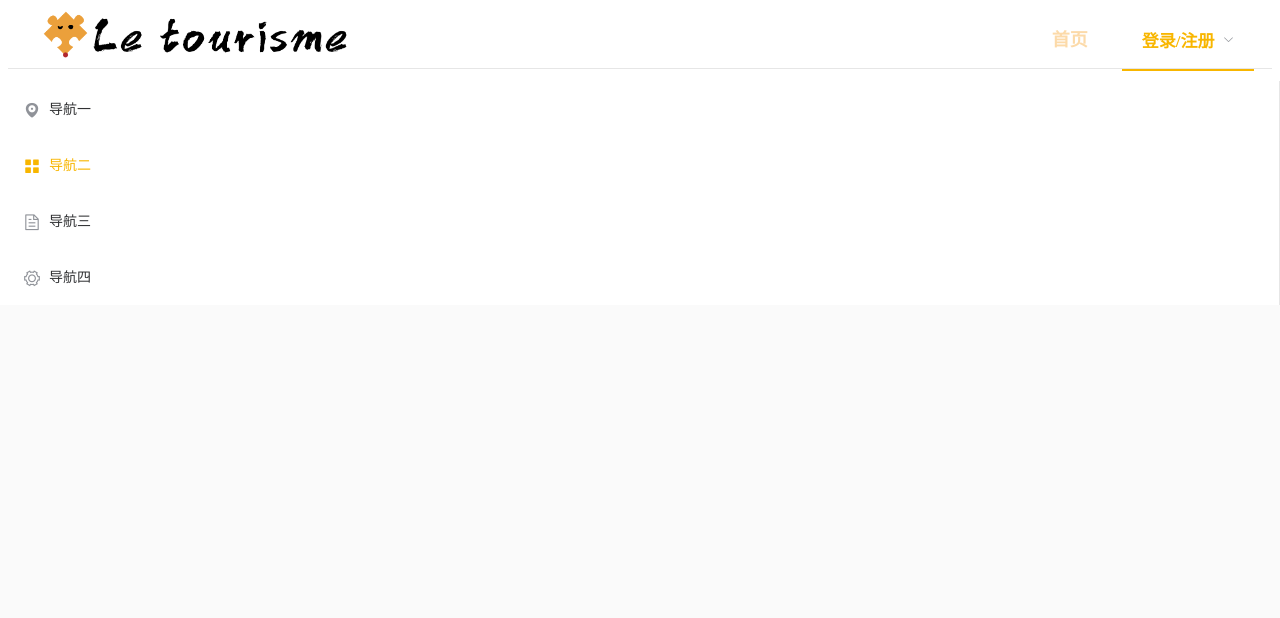
Repository: linxuerou0129/2020.08.31
Page: /Message
The author's editor kept a copy of each file at every save. The page is drawn from the files as they stood at one save, then again after the next save.
The browser window is 1280 px wide. The pictures show the whole page.
The page's requests for data from a server got no answer. The project was rebuilt for these pictures with package versions that can differ from the ones it lists, and the page was loaded fresh each time. No one was signed in, and anything a server would have sent is missing. Also part of the build but not shown: src/views/Home.vue.

Above is the page before, as saved 2020-08-29 19:59:45.

### src/main.js

import ElementUI from 'element-ui' //新添加
import '../theme/index.css' //新添加，避免后期打包样式不同，要放在import App from './App';之前

import Vue from 'vue'
import App from './App.vue'
import router from './router'

Vue.use(ElementUI)   //新添加

import axios from 'axios'
axios.defaults.withCredentials = true;

Vue.config.productionTip = false

new Vue({
  router,
  render: h => h(App)
}).$mount('#app')

import VDistpicker from 'v-distpicker'
Vue.component('v-distpicker', VDistpicker);

### src/App.vue
<template>
<div id="app">
<el-menu :default-active="$route.path" class="el-menu-demo" mode="horizontal" @select="handleSelect" text-color="#FCDAA9" active-text-color="#f8b600" router>
  <img src="./assets/logo.png" width="55" class="logo">
  <img src="./assets/tittle.png" width="270">
  <el-menu-item index="/" class="head1"><strong>首页</strong></el-menu-item>
  <el-submenu class="head3" v-if="login" index="/Edit">
    <template slot="title">
      <el-avatar :src="circleUrl"></el-avatar>
    </template>
    <el-menu-item index="/Edit">
      我的设置
    </el-menu-item>
    <el-menu-item index="/Publish">
      发布游记
    </el-menu-item>
    <el-menu-item index="/Published">
      个人中心
    </el-menu-item>
    <el-menu-item index="/MyCollect">
      我的收藏
    </el-menu-item>
    <el-menu-item index="/Message">
      消息中心
    </el-menu-item>
    <el-menu-item  @click="logout">
      退出
    </el-menu-item>
  </el-submenu>
  <el-submenu v-if="!login"  class="head4" index=1>
    <template slot="title">
      <strong>登录/注册</strong>
    </template>
    <el-menu-item @click="dialogFormVisible = true">
      注册
    </el-menu-item>
    <el-menu-item @click="loginFormShow = true">
      登录
    </el-menu-item>
  </el-submenu>
</el-menu>
<router-view></router-view>
<el-dialog title="注册" :visible.sync="dialogFormVisible">
  <el-form :model="formZhuce"  ref="formZhuce" status-icon :rules="rules">
    <el-form-item
      prop="email"
      label="邮箱"
      :rules="[
        { required: true, message: '请输入邮箱地址', trigger: 'blur' },
        { type: 'email', message: '请输入正确的邮箱地址', trigger: ['blur', 'change'] }
      ]"
    >
      <el-input v-model="formZhuce.email"></el-input>
      <el-button size="mini" @click="submitEmail" round>获取验证码</el-button>
    </el-form-item>
    <el-form-item label="验证码" prop="check">
      <el-input v-model="formZhuce.check"></el-input>
    </el-form-item>
    <el-form-item label="用户昵称" prop="name">
      <el-input v-model="formZhuce.name"></el-input>
    </el-form-item>
    <el-form-item label="密码" prop="pass">
      <el-input type="password" v-model="formZhuce.pass" autocomplete="off"></el-input>
    </el-form-item>
    <el-form-item label="确认密码" prop="checkPass">
      <el-input type="password" v-model="formZhuce.checkPass" autocomplete="off"></el-input>
    </el-form-item>
    <el-form-item>
      <el-button type="primary" @click="submitForm('formZhuce')">注册</el-button>
      <el-button @click="dialogFormVisible = false">取消</el-button>
    </el-form-item>
  </el-form>
</el-dialog>
<el-dialog title="登录" :visible.sync="loginFormShow">
  <el-form :model="formLogin"  ref="formLogin" status-icon :rules="rules">
    <el-form-item
      prop="email"
      label="邮箱"
      :rules="[
        { required: true, message: '请输入邮箱地址', trigger: 'blur' },
        { type: 'email', message: '请输入正确的邮箱地址', trigger: ['blur', 'change'] }
      ]"
    >
      <el-input v-model="formLogin.email"></el-input>
    </el-form-item>
    <el-form-item label="密码" prop="pass">
      <el-input type="password" v-model="formLogin.pass" autocomplete="off"></el-input>
    </el-form-item>
    <el-form-item>
      <a href="/Forget">忘记密码</a>
    </el-form-item>
    <el-form-item>
      <el-button type="primary" @click="loginIt('formLogin')">登录</el-button>
      <el-button @click="loginFormShow= false">取消</el-button>
    </el-form-item>
  </el-form>
</el-dialog>
</div>
</template>
<style>
    .el-menu--horizontal>.el-submenu .el-submenu__title {
        font-size: 17px;
    }
</style>
<style scoped>
.avatar-uploader {
    border: 1px dashed black;
    border-radius: 6px;
    cursor: pointer;
    position: relative;
    overflow: hidden;
    width: 178px;
    height: 178px;
  }
  .avatar-uploader-icon {
    font-size: 28px;
    color: #8c939d;
    width: 178px;
    height: 178px;
    line-height: 178px;
    text-align: center;
  }
  .avatar {
    width: 178px;
    height: 178px;
    display: block;
  }
.logo{
  position: fixed;
  top: 1%;
  left: 3%;
}
.head1{
  position: relative;
  left: 81%;
  font-size: 18px;
}
.head3{
  position: fixed;
  right:4.5%;
  top: 1.3%;
  font-size: 18px;
}
.head4{
  position: fixed;
  right: 2%;
  top: 1.5%;
  font-size: 18px!important;
}
</style>

<script>
import { Message } from 'element-ui';
import axios from 'axios'
export default {
    data() {
       var validatePass = (rule, value, callback) => {
        if (value === '') {
          callback(new Error('请输入密码'));
        } else {
          if (this.formZhuce.checkPass !== '') {
            this.$refs.formZhuce.validateField('checkPass');
          }
          callback();
        }
      };
      var validatePass2 = (rule, value, callback) => {
        if (value === '') {
          callback(new Error('请再次输入密码'));
        } else if (value !== this.formZhuce.pass) {
          callback(new Error('两次输入密码不一致!'));
        } else {
          callback();
        }
      };
      return {
        circleUrl: "http://106.75.157.168:5657/api/static/touxiang.png",
        activeIndex: '1',
        activeIndex2: '1',
        login:false,
        dialogFormVisible:false,
        loginFormShow:false,
        setFormShow:false,
        formZhuce: {
          email:'',
          pass:'',
          checkPass:'',
          name:'',
          check:''
        },
        formLogin:{
          email:'',
          pass:''
        },
        imageUrl: '',
        rules: {
          pass: [
            { validator: validatePass, trigger: 'blur' }
          ],
          checkPass: [
            { validator: validatePass2, trigger: 'blur' }
          ],
          check:[
            { required: true, message: '请输入验证码', trigger: 'blur'},
            { min: 4, max: 4, message: '长度为4个字符', trigger: 'blur' }
          ],
          name:[
            { required: true, message: '请输入用户昵称', trigger: 'blur' },
            { min: 4, max: 16, message: '长度在 4 到 16 个字符', trigger: 'blur' }
          ],
        }
      };
    },
    methods: {
      handleSelect(key, keyPath) {
        console.log(key, keyPath);
      },
      submitForm(formName) {
        this.$refs[formName].validate((valid) => {
          if (valid) {
              axios.post('http://106.75.157.168:5657/api/register', {
                register_email: this.formZhuce.email,
                register_name:this.formZhuce.name,
                register_password:this.formZhuce.pass,
                register_code:this.formZhuce.check
              })
            .then((response) =>{
              console.log(response.data);
              if(response.data.status=="success"){
                this.dialogFormVisible = false;
                Message.success('注册成功');
              }
              else{
                Message.error(response.data.status)
              }
            })
            .catch(function (error) {
              console.log(error);
            });
          }
          else {
            console.log('error submit!!');
            return false;
          }
        });
      },
      submitEmail(){
        var reg = /^[a-zA-Z0-9]+@[a-z0-9]{2,5}\.[a-z]{2,3}(\.[a-z]{2,3})?$/;
        var result = reg.test(this.formZhuce.email);
        if(this.formZhuce.email==''){
          this.$message({
                    message: '邮箱不可为空',
                    type: 'warning'
                });
        }
        else if(!result){
          this.$message({
                    message: '邮箱输入有误',
                    type: 'warning'
                });
        }
        else{
          axios.post('http://106.75.157.168:5657/api/send_email', {
              email: this.formZhuce.email,
              type:6
            })
          .then((response)=> {
            console.log(response.data);
            Message.success('发送成功，请注意查收')
          })
          .catch(function (error) {
            console.log(error);
          });
        }
      },
      loginIt(formName) {
        this.$refs[formName].validate((valid) => {
          if (valid) {
            axios.post('http://106.75.157.168:5657/api/login', {
                login_id: this.formLogin.email,
                login_password:this.formLogin.pass
              })
            .then((response) =>{
              console.log(response.data);
              if(response.data.status=="success"){
                this.loginFormShow=false;
                this.login=true;
                Message.success('登录成功');
                location.href="/";
              }
              else{
                Message.error('登录失败，请重新登录');
              }
            })
            .catch(function (error) {
              console.log(error);
            });
          }
          else {
            console.log('error submit!!');
            return false;
          }
        });
      },
      logout(){
        axios.get('http://106.75.157.168:5657/api/logout_user')
            .then((response)=>{
              console.log(response.data);
              this.login=false;
              location.href="/";
              Message.success('退出成功');
            })
            .catch(function(error){
                console.log(error);
            });
      },
    },
    watch:{
      login:function(val,oldVal){
           if(val==true){
             axios({
              url:'http://106.75.157.168:5657/api/getinfo',
	            method: 'get'
            })
            .then((response)=>{
                 console.log(response.data);
                this.circleUrl="http://106.75.157.168:5657/api"+response.data.头像;
            })
            .catch(function(error){
                console.log(error);
            });
           }
        }
    },
    mounted(){
      axios({
            url:'http://106.75.157.168:5657/api/getinfo',
	            method: 'get'
            })
            .then((response)=>{
                 console.log(response.data);
                this.login=true
                this.circleUrl="http://106.75.157.168:5657/api"+response.data.头像;
                console.log("http://106.75.157.168:5657/api"+response.data.头像)
            })
            .catch(function(error){
                console.log(error);
            });
    }
  }
</script>

### src/router/index.js
import Vue from 'vue'
import VueRouter from 'vue-router'
import Home from '../views/Home.vue'

Vue.use(VueRouter)

  const routes = [
  {
    path: '/',
    name: 'Home',
    component: Home
  },
  {
    path: '/Edit',
    name: 'Edit',
    component: () => import(/* webpackChunkName: "about" */ '../views/Edit.vue')
  },
  {
    path: '/Published',
    name: 'Published',
    component: () => import(/* webpackChunkName: "about" */ '../views/Published.vue')
  },
  {
    path: '/MyCollect',
    name: 'MyCollect',
    component: () => import(/* webpackChunkName: "about" */ '../views/MyCollect.vue')
  },
  {
    path: '/Message',
    name: 'Message',
    component: () => import(/* webpackChunkName: "about" */ '../views/Message.vue')
  },
  {
    path: '/Forget',
    name: 'Forget',
    component: () => import(/* webpackChunkName: "about" */ '../views/Forget.vue')
  },
  {
    path: '/Publish',
    name: 'Publish',
    component: () => import(/* webpackChunkName: "about" */ '../views/Publish.vue')
  },
  {
    path: '/Show',
    name: 'Show',
    component: () => import(/* webpackChunkName: "about" */ '../views/Show.vue')
  },
]

const router = new VueRouter({
  mode: 'history',
  base: process.env.BASE_URL,
  routes
})

export default router

### src/views/Message.vue
<template>
<div class="content">
        <el-menu
      default-active="2"
      class="el-menu-vertical-demo"
      @open="handleOpen"
      @close="handleClose">
      <el-menu-item index="1">
        <template slot="title">
          <i class="el-icon-location"></i>
          <span>导航一</span>
        </template>
      </el-menu-item>
      <el-menu-item index="2">
        <i class="el-icon-menu"></i>
        <span slot="title">导航二</span>
      </el-menu-item>
      <el-menu-item index="3">
        <i class="el-icon-document"></i>
        <span slot="title">导航三</span>
      </el-menu-item>
      <el-menu-item index="4">
        <i class="el-icon-setting"></i>
        <span slot="title">导航四</span>
      </el-menu-item>
    </el-menu>
</div>
</template>

<script>
import axios from 'axios'
export default {
    data(){
        return{
        }
    },
    methods:{
    },
    created(){
      axios({
            url:'http://106.75.157.168:5657/api/getinfo',
	            method: 'get'
            })
            .then((response)=>{
                 console.log(response.data);
                 this.imageUrl="http://106.75.157.168:5657/api"+response.data.头像;
                 this.name=response.data.用户名;
            })
            .catch(function(error){
                console.log(error);
            });
    }
}
</script>

<style scoped>
.content{
  width: 100%;
   top: 11.3%;

    bottom:0;

    position:fixed;

    overflow-y:scroll;

    overflow-x:hidden;
  right: 0;
  background-color: #FAFAFA;
}
</style>

Loaded but not shown: public/index.html (common file); theme/index.css (library)

After the next save:
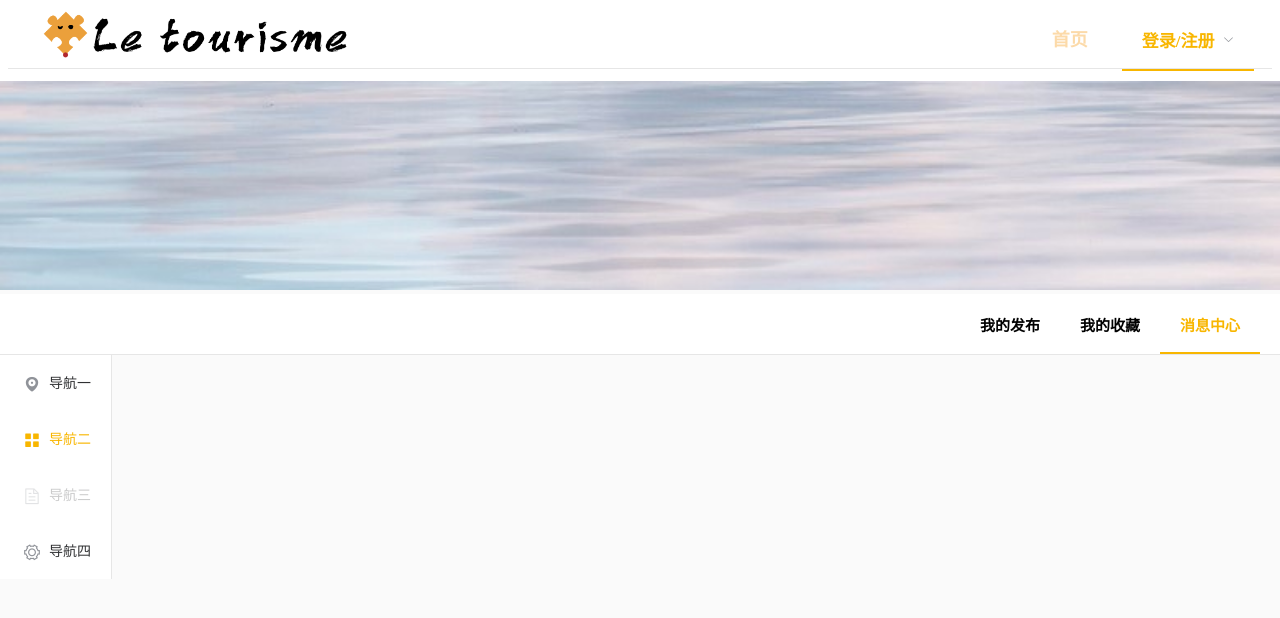
Saved 26 min 42 s later.
--- a/src/views/Message.vue
+++ b/src/views/Message.vue
@@ -1,29 +1,44 @@
 <template>
 <div class="content">
+    <img src="../assets/map.jpg" style="width:100%">
+    <el-menu
+    :default-active="$route.path"
+    class="el-menu-demo"
+    mode="horizontal"
+    @select="handleSelect"
+    text-color="black"
+    active-text-color="#f8b600"
+    router>
+        <el-menu-item index="/Published" class="head1"><strong>我的发布</strong></el-menu-item>
+        <el-menu-item index="/MyCollect" class="head1"><strong>我的收藏</strong></el-menu-item>
+        <el-menu-item index="/Message" class="head1"><strong>消息中心</strong></el-menu-item>
+    </el-menu>
+    <div class="body">
         <el-menu
-      default-active="2"
-      class="el-menu-vertical-demo"
-      @open="handleOpen"
-      @close="handleClose">
-      <el-menu-item index="1">
-        <template slot="title">
-          <i class="el-icon-location"></i>
-          <span>导航一</span>
-        </template>
-      </el-menu-item>
-      <el-menu-item index="2">
-        <i class="el-icon-menu"></i>
-        <span slot="title">导航二</span>
-      </el-menu-item>
-      <el-menu-item index="3">
-        <i class="el-icon-document"></i>
-        <span slot="title">导航三</span>
-      </el-menu-item>
-      <el-menu-item index="4">
-        <i class="el-icon-setting"></i>
-        <span slot="title">导航四</span>
-      </el-menu-item>
-    </el-menu>
+        default-active="2"
+        class="el-menu-vertical-demo"
+        @open="handleOpen"
+        @close="handleClose">
+        <el-menu-item index="1">
+            <template slot="title">
+            <i class="el-icon-location"></i>
+            <span>导航一</span>
+            </template>
+        </el-menu-item>
+        <el-menu-item index="2">
+            <i class="el-icon-menu"></i>
+            <span slot="title">导航二</span>
+        </el-menu-item>
+        <el-menu-item index="3" disabled>
+            <i class="el-icon-document"></i>
+            <span slot="title">导航三</span>
+        </el-menu-item>
+        <el-menu-item index="4">
+            <i class="el-icon-setting"></i>
+            <span slot="title">导航四</span>
+        </el-menu-item>
+        </el-menu>
+    </div>
 </div>
 </template>
 
@@ -32,9 +47,25 @@ import axios from 'axios'
 export default {
     data(){
         return{
+            name:"",
+            imageUrl:"",
+            comName:[],
         }
     },
     methods:{
+        hrefPublish(){
+            location.href="/Publish"
+        },
+        hrefEdit(){
+            location.href="/Edit"
+        },
+        handleSelect(key, keyPath) {
+            console.log(key, keyPath);
+        },
+        hrefArticle(a){
+            console.log(a);
+            location.href="/Show?article_id="+a
+        }
     },
     created(){
       axios({
@@ -49,11 +80,64 @@ export default {
             .catch(function(error){
                 console.log(error);
             });
+        axios({
+            url:'http://106.75.157.168:5657/api/get_my_article',
+	            method: 'get'
+            })
+            .then((response)=>{
+                 console.log(response.data);
+                 this.comName=response.data.articles;
+            })
+            .catch(function(error){
+                console.log(error);
+            });
     }
 }
 </script>
 
 <style scoped>
+.hide{
+    width: 100%;
+    margin-left: 20px;
+}
+.single{
+    height: 168px;
+}
+.content-card{
+    margin-left: 1.7%;
+    margin-top: 1.5%;
+    width: 52.5%;
+}
+.body{
+    display: -webkit-flex; /* Safari */
+    display: flex;
+    flex-direction: row;
+    margin-bottom: 2%;
+}
+.button{
+    width: 90%;
+    margin-left: 5%;
+}
+.name{
+    width: 100%;
+    height: 45px;
+    display: block;
+    line-height: 45px;
+    text-align: center;
+    position:relative;
+    margin-top: 30%;
+    font-size: 22px;
+}
+.box-card {
+    width: 30%;
+    margin-left: 8%;
+    height: 250px;
+}
+.head1{
+  position: relative;
+  left: 75%;
+  font-size: 15px;
+}
 .content{
   width: 100%;
    top: 11.3%;
